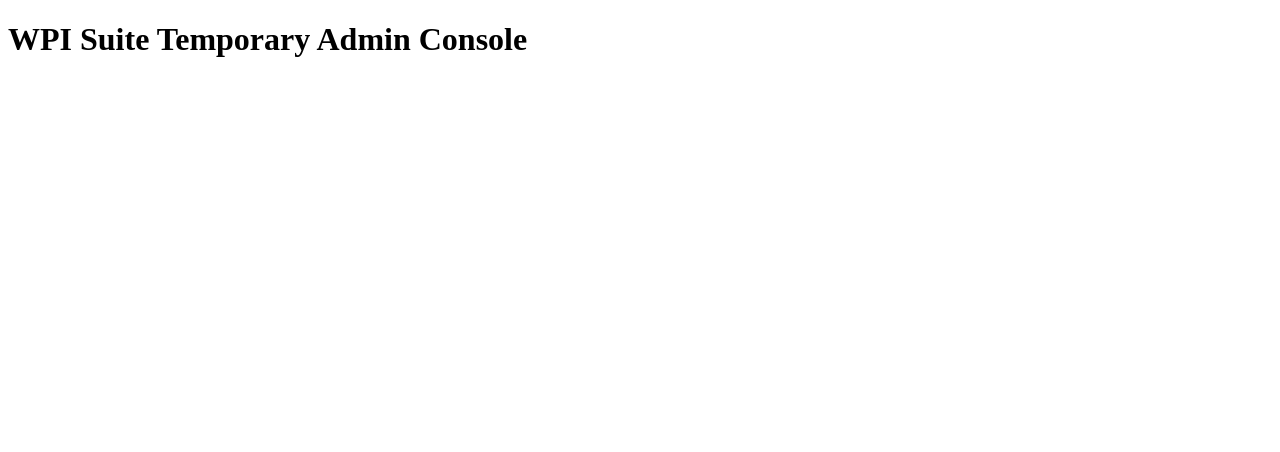
Repository: fracture91/wpi-suite-tng
Page: WPISuite/WebContent/index.html
These files come from the project's save history. The page is drawn as it stood at one moment and after the next save; the edit follows.
The browser window is 1280 px wide. The pictures show the whole page.

Above is the page before, as saved 2012-09-23 22:37:42.

After the next save:
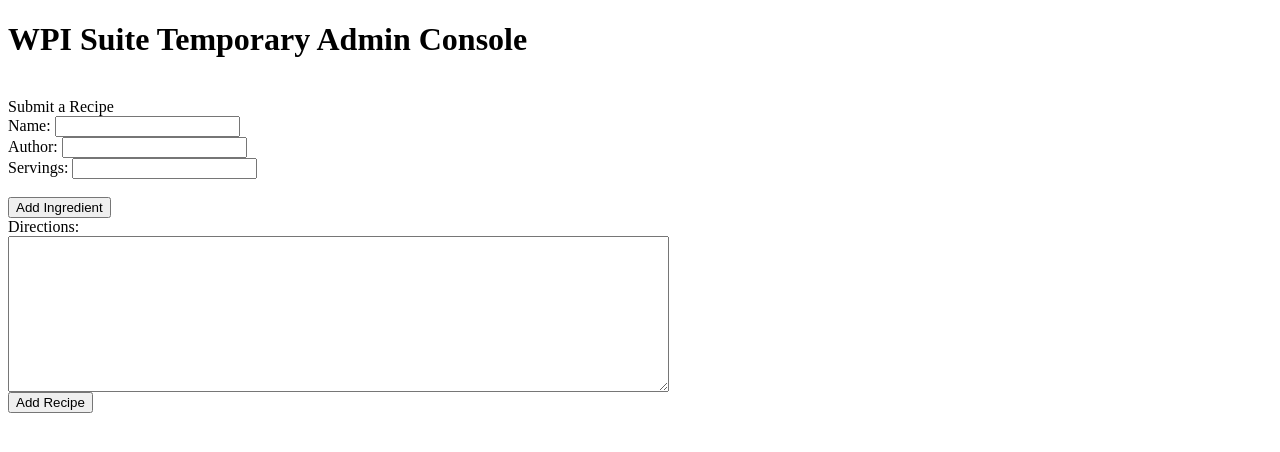
Saved 3 min 7 s later.
--- a/WPISuite/WebContent/index.html
+++ b/WPISuite/WebContent/index.html
@@ -4,12 +4,53 @@
 <meta http-equiv="Content-Type" content="text/html; charset=ISO-8859-1">
 <title>WPI Suite Temp Admin Console</title>
 
+<script type="text/javascript">
+
+//uses AJAX to get all the entries in the DB
+function getUser(user)
+{
+	var request = new XMLHttpRequest();
+	request.onreadystatechange = function()
+	    {
+		    if(request.readyState == 4 && request.status == 200)
+		    {
+		        display(request.responseText)
+		    }
+	    }
+    request.open('GET', "/API/user/"+user, true);
+    request.send();
+}
+
+//uses AJAX to submit a new recipe to the server in JSON format
+function putUser(user)
+{
+    var request = new XMLHttpRequest();
+    request.open('PUT', "/API/user/", true);
+    request.send(user);
+}
+</script>
+
 </head>
 <body>
 <h1>WPI Suite Temporary Admin Console</h1>
 <br />
 
+        <section>
+            <header>Submit a Recipe</header>
 
+            <label>Name: </label><input id="name" maxlength="40" /> <br />
+            <label>Author: </label><input id="author" maxlength="15" /> <br />
+            <label>Servings: </label><input id="servings" maxlength="15" /> <br />
+            <span id="ingrediantHolder"></span><br />
+            <button onclick="addIngrediant()">Add Ingredient</button><br />
+            <label>Directions: </label><br /><textarea id="directions" rows="10" cols="80"></textarea> <br />
+            <button onclick="addRecipe()">Add Recipe</button>
+            <br>
+            <!--<label>Delete ID: </label><input id="deleteID" maxlength="3"/><br />
+            <button onclick="deleteRecipe()">Delete recipe</button>-->
+            <div id="display"></div>
+
+        </section>
 
 </body>
 </html>
